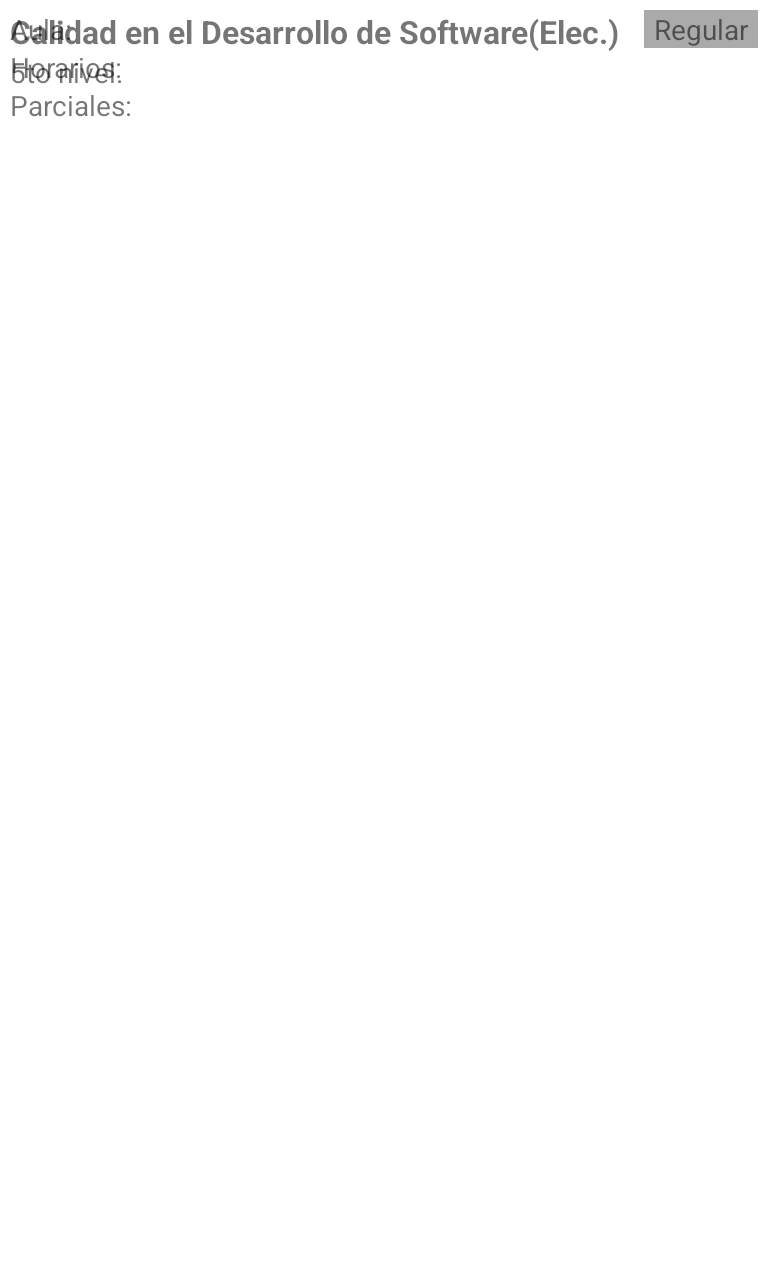
Repository: juanpablobono/Sysacadalumnos
Layout: Sysacad/res/layout/lst_cursado_item.xml
An editor plug-in stored every save of this project. The layout is shown before and after the next save, followed by the edit.
It is drawn on a 768 x 1280 px phone screen (xhdpi) without system bars, with theme temaSysacad; the app's code is not run.

Above is the layout before, as saved 2014-07-07 12:55:06.

### Sysacad/res/layout/lst_cursado_item.xml
<?xml version="1.0" encoding="utf-8"?>
<RelativeLayout xmlns:android="http://schemas.android.com/apk/res/android"
    android:layout_width="match_parent"
    android:layout_height="match_parent"
    android:background="@android:color/background_light"
    android:padding="5dp">

    <TextView
        android:id="@+id/lblNombreMateria"
        android:layout_width="wrap_content"
        android:layout_height="wrap_content"
        android:layout_alignParentLeft="true"
        android:layout_alignParentTop="true"
        android:text="Calidad en el Desarrollo de Software(Elec.)"
        android:layout_toLeftOf="@+id/lblCondicion"
        android:layout_marginRight="5dp"
        android:textSize="16sp"
        android:textStyle="bold"
        android:maxLines="1"/>

    <TextView
        android:id="@+id/lblCondicion"
        android:layout_width="wrap_content"
        android:layout_height="wrap_content"
        android:layout_alignParentRight="true"
        android:layout_alignParentTop="true"
        android:background="@android:color/darker_gray"
        android:text="Regular"
        android:paddingLeft="5dp"
        android:paddingRight="5dp"/>

    <TextView
        android:id="@+id/lblNivel"
        android:layout_width="wrap_content"
        android:layout_height="wrap_content"
        android:layout_alignParentLeft="true"
        android:layout_below="@+id/lblNombreMateria"
        android:text="5to nivel. " />

    <TextView
        android:id="@+id/lblForAula"
        android:layout_width="wrap_content"
        android:layout_height="wrap_content"
        android:layout_alignParentLeft="true"
        android:layout_below="@+id/lblForNivel"
        android:text="Aula: " />



    <TextView
        android:id="@+id/lblAula"
        android:layout_width="wrap_content"
        android:layout_height="wrap_content"
        android:layout_alignBaseline="@+id/lblForAula"
        android:layout_alignBottom="@+id/lblForAula"
        android:layout_alignLeft="@+id/lblNivel"
        android:text="" />

    <TextView
        android:id="@+id/lblForHorarios"
        android:layout_width="wrap_content"
        android:layout_height="wrap_content"
        android:layout_alignParentLeft="true"
        android:layout_below="@+id/lblForAula"
        android:text="Horarios: " />

    <TextView
        android:id="@+id/lblForParciales"
        android:layout_width="wrap_content"
        android:layout_height="wrap_content"
        android:layout_alignParentLeft="true"
        android:layout_below="@+id/lblForHorarios"
        android:text="Parciales: " />

    <TextView
        android:id="@+id/lblHorarios"
        android:layout_width="wrap_content"
        android:layout_height="wrap_content"
        android:layout_alignBaseline="@+id/lblForHorarios"
        android:layout_alignBottom="@+id/lblForHorarios"
        android:layout_toRightOf="@+id/lblForHorarios"
        android:text="" />

    <TextView
        android:id="@+id/lblParciales"
        android:layout_width="wrap_content"
        android:layout_height="wrap_content"
        android:layout_alignBaseline="@+id/lblForParciales"
        android:layout_alignBottom="@+id/lblForParciales"
        android:layout_alignLeft="@+id/lblHorarios"
        android:text="" />

</RelativeLayout>

### Sysacad/res/values/styles.xml
<resources xmlns:android="http://schemas.android.com/apk/res/android">

    <!--
        Base application theme, dependent on API level. This theme is replaced
        by AppBaseTheme from res/values-vXX/styles.xml on newer devices.

         <item name="android:background">@color/background_activities</item>
    -->

    <!-- the theme applied to the application or activity -->

    <style name="temaSysacad" parent="@style/Theme.AppCompat.Light.DarkActionBar">

    </style>

</resources>

After the next save:
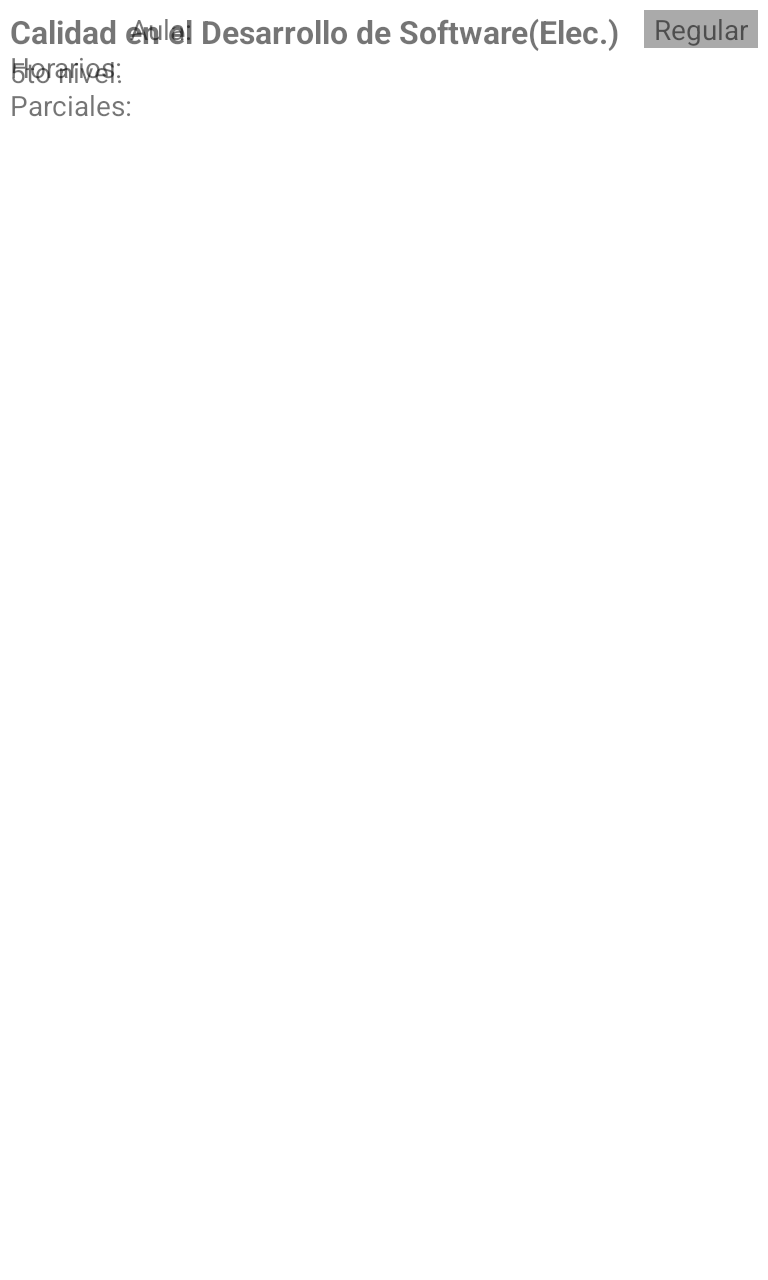
Saved 15 s later.
--- a/Sysacad/res/layout/lst_cursado_item.xml
+++ b/Sysacad/res/layout/lst_cursado_item.xml
@@ -41,8 +41,7 @@
         android:id="@+id/lblForAula"
         android:layout_width="wrap_content"
         android:layout_height="wrap_content"
-        android:layout_alignParentLeft="true"
-        android:layout_below="@+id/lblForNivel"
+        android:layout_toRightOf="@+id/lblNivel"
         android:text="Aula: " />
 
 
